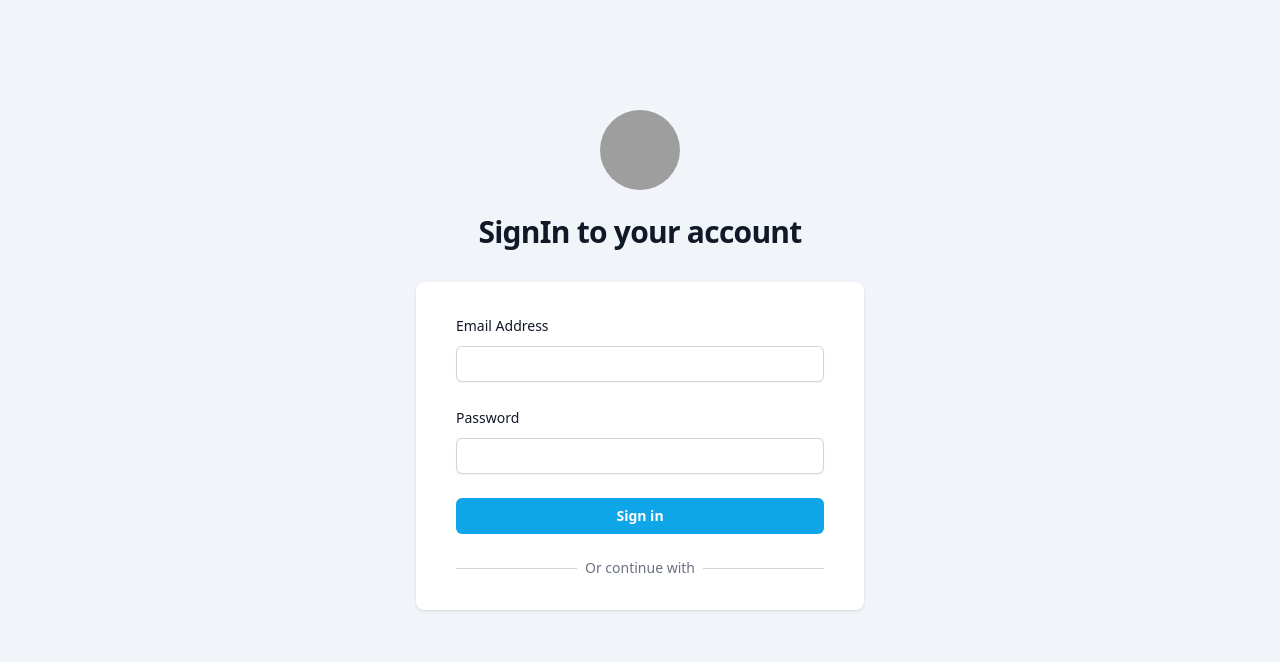
Repository: zecht12/zechtchat
Page: /
The author's editor kept a copy of each file at every save. The page is drawn from the files as they stood at one save, then again after the next save.
The browser window is 1280 px wide. The pictures show the whole page.
Pictures or frames that could not be fetched are drawn as grey boxes. The page's requests for data from a server got no answer. The project was rebuilt for these pictures with package versions that can differ from the ones it lists, and the page was loaded fresh each time. The framework's server and built-in components were replaced by stand-ins that run in the browser. No one was signed in, and anything a server would have sent is missing. Also part of the build but not shown: next.config.js.

Above is the page before, as saved 2023-05-15 10:51:55.

### app/layout.tsx
import './globals.css'
import AuthContext from './context/AuthContext'

export const metadata = {
  title: 'ZechtChat',
  description: 'ZechtChat',
}

export default function RootLayout({
  children,
}: {
  children: React.ReactNode
}) {
  return (
    <html lang="en">
      <body>
        <AuthContext>
          {children}
        </AuthContext>
      </body>
    </html>
  )
}

### app/(site)/page.tsx
import Image from "next/image";
import Link from "next/link";
import { AuthForm } from "./components/AuthForm";

export default function Home() {
  return (
    <div className="flex min-h-full bg-slate-100 flex-col justify-center py-12 sm:px-6 lg:px-8">
      <div className="sm:mx-auto sm:w-full sm:max-w-md">
        <Link href="/">
          <Image src="/assets/logo.png" alt="logo" width={100} height={100} className="rounded-full w-[80px] mx-auto h-[80px] cursor-pointer hover:scale-110 " />
          <h2 className="mt-6 text-center font-bold text-3xl tracking-tight text-gray-900">
            SignIn to your account
          </h2>
        </Link>
      </div>
      <AuthForm/>
    </div>
  )
}

### app/globals.css
@tailwind base;
@tailwind components;
@tailwind utilities;

html,body,:root{
  height: 100%;
}

### app/context/AuthContext.tsx
"use client";

import { SessionProvider } from "next-auth/react";

export interface AuthContextProps {
    children: React.ReactNode;
}

export default function AuthContext({
    children
}: AuthContextProps) {
    return <SessionProvider>{children}</SessionProvider>;
}

### app/(site)/components/AuthForm.tsx
'use client';

import { signIn, useSession } from 'next-auth/react'
import { useRouter } from 'next/router';
import { FieldValues, SubmitHandler, useForm } from 'react-hook-form';
import React, { useCallback, useEffect, useState } from 'react'
import axios from 'axios';
import { toast } from "react-hot-toast";
import Input from '@/app/components/inputs/Input';
import Button from '@/app/components/Button';

type Variant = 'LOGIN' | 'REGISTER';

export const AuthForm = () => {
    const session = useSession();
    const router = useRouter();
    const [variant, setVariant] = useState<Variant>('LOGIN');
    const [isLoading, setIsLoading] = useState(false);

    useEffect(() => {
        if (session?.status === 'authenticated') {
            router.push('/conversations')
        }
    }, [session?.status, router]);

    const toggleVariant = useCallback(() => {
        if (variant === 'LOGIN') {
            setVariant('REGISTER');
        } else {
            setVariant('LOGIN');
        }
    }, [variant]);

        const {register,handleSubmit,formState: {errors,}} = useForm<FieldValues>({
            defaultValues: {
                name: '',
                email: '',
                password: ''
            }
        });

        const onSubmit: SubmitHandler<FieldValues> = (data) => {
            setIsLoading(true);
            if (variant === 'REGISTER') {
            axios.post('/api/register', data)
            .then(() => signIn('credentials', {
                ...data,
                redirect: false,
            }))
            .then((callback) => {
                if (callback?.error) {
                toast.error('Invalid credentials!');
                }
                if (callback?.ok) {
                router.push('/conversations')
                }
            })
            .catch(() => toast.error('Something went wrong!'))
            .finally(() => setIsLoading(false))
            }
            if (variant === 'LOGIN') {
            signIn('credentials', {
                ...data,
                redirect: false
            })
            .then((callback) => {
                if (callback?.error) {
                toast.error('Invalid credentials!');
                }
                if (callback?.ok) {
                router.push('/conversations')
                }
            })
            .finally(() => setIsLoading(false))
            }
        }

        const socialAction = (action: string) => {
            setIsLoading(true);
            signIn(action, { redirect: false })
            .then((callback) => {
                if (callback?.error) {
                toast.error('Invalid credentials!');
                }
                if (callback?.ok) {
                router.push('/conversations')
                }
            })
            .finally(() => setIsLoading(false));
        }

    return (
        <div className='mt-8 sm:mx-auto sm:w-full sm:max-w-md'>
            <div className='bg-white px-4 py-8 shadow sm:rounded-lg sm:px-10'>
                <form className='space-y-6' onSubmit={handleSubmit(onSubmit)}>
                    {variant === 'REGISTER' && (
                        <Input id='name' label='Name' register={register} errors={errors} />
                    )}
                    <Input id='email' label='Email Address' register={register} errors={errors} />
                    <Input id='password' label='Password' register={register} errors={errors} />
                    <div>
                        <Button disabled={isLoading} fullWidth type="submit">
                            {variant === 'LOGIN' ? 'Sign in' : 'Register'}
                        </Button>
                    </div>
                </form>
                <div className='mt-6'>
                    <div className='relative'>
                        <div className='absolute inset-0 flex items-center'>
                            <div className='w-full border-t border-gray-300'/>
                        </div>
                        <div className='relative flex justify-center text-sm'>
                            <span className='bg-white px-2 text-gray-500'>
                                Or continue with
                            </span>
                        </div>
                    </div>
                    <div className=''>

                    </div>
                </div>
            </div>
        </div>
    )
}

### app/components/inputs/Input.tsx
'use client';

import clsx from "clsx";
import { FieldErrors, FieldValues, UseFormRegister } from "react-hook-form";

interface InputProps {
    label: string;
    id: string;
    type?: string;
    required?: boolean;
    register: UseFormRegister<FieldValues>,
    errors: FieldErrors
    disabled?: boolean;
}

const Input: React.FC<InputProps> = ({label,id,register,required,errors,type = 'text',disabled,}) => {
    return (
        <div>
            <label htmlFor={id} className="block text-sm font-medium leading-6 text-gray-900">
                {label}
            </label>
            <div className="mt-2">
                <input id={id} type={type} autoComplete={id}disabled={disabled} {...register(id, { required })}className={clsx(`form-input block w-full rounded-md border-0 py-1.5 text-gray-900 shadow-sm ring-1 ring-inset ring-gray-300 placeholder:text-gray-400 focus:ring-2 focus:ring-inset focus:ring-sky-600 sm:text-sm sm:leading-6`, errors[id] && 'focus:ring-rose-500', disabled && 'opacity-50 cursor-default')}/>
            </div>
        </div>
    );
}

export default Input;

### app/components/Button.tsx
import clsx from "clsx";

interface ButtonProps {
    type?: "button" | "submit" | "reset" | undefined;
    fullWidth?: boolean;
    children?: React.ReactNode;
    onClick?: () => void;
    secondary?: boolean;
    danger?: boolean;
    disabled?: boolean;
}

const Button: React.FC<ButtonProps> = ({type = "button",fullWidth,children,onClick,secondary,danger,disabled,}) => {
    return (
        <button onClick={onClick} type={type} disabled={disabled} className={clsx(`flex justify-center rounded-md px-3 py-2 text-sm font-semibold focus-visible:outline focus-visible:outline-2 focus-visible:outline-offset-2 `,disabled && 'opacity-50 cursor-default',fullWidth && 'w-full',secondary ? 'text-gray-900' : 'text-white',danger && 'bg-rose-500 hover:bg-rose-600 focus-visible:outline-rose-600',!secondary && !danger && 'bg-sky-500 hover:bg-sky-600 focus-visible:outline-sky-600')}>
            {children}
        </button>
    );
}

export default Button;

### tailwind.config.js
/** @type {import('tailwindcss').Config} */
module.exports = {
  content: [
    './pages/**/*.{js,ts,jsx,tsx,mdx}',
    './components/**/*.{js,ts,jsx,tsx,mdx}',
    './app/**/*.{js,ts,jsx,tsx,mdx}',
  ],
  theme: {
    extend: {},
  },
  plugins: [
    require("@tailwindcss/forms")({
      strategy: 'class'
    })
  ],
}

Loaded but not shown: app/(site)/layout.tsx (common file)

After the next save:
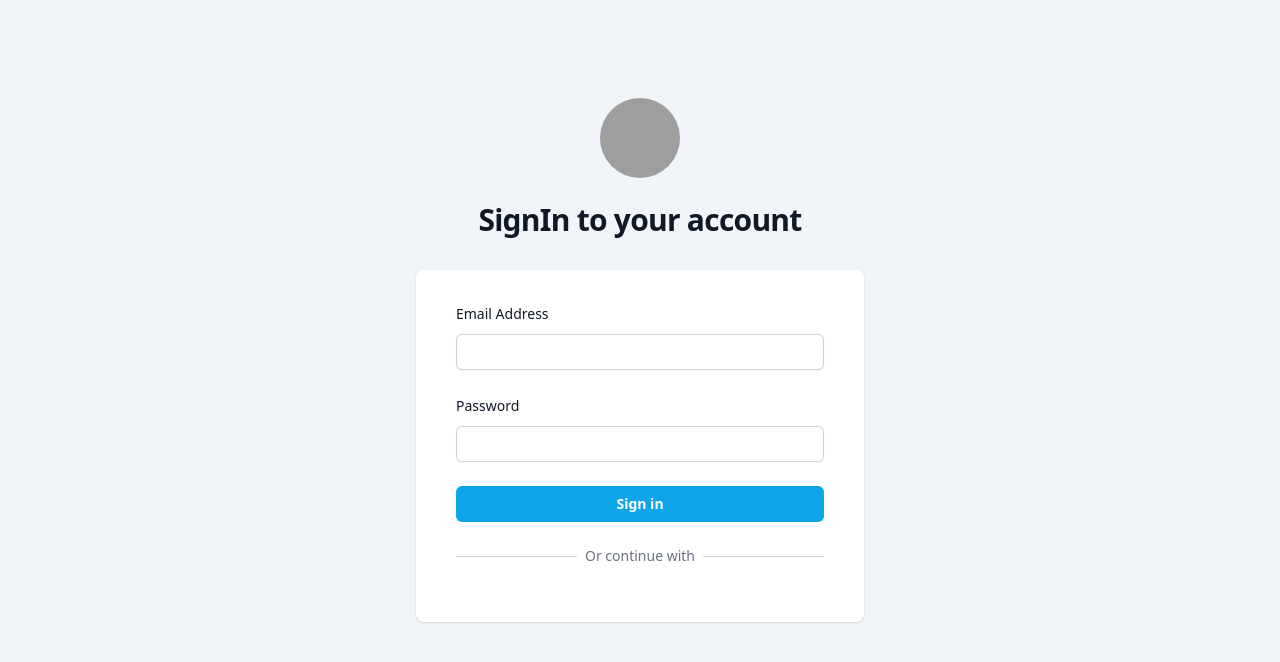
Saved 10 s later.
--- a/app/(site)/components/AuthForm.tsx
+++ b/app/(site)/components/AuthForm.tsx
@@ -115,7 +115,7 @@ export const AuthForm = () => {
                             </span>
                         </div>
                     </div>
-                    <div className=''>
+                    <div className='mt-6 flex gap-2'>
 
                     </div>
                 </div>
